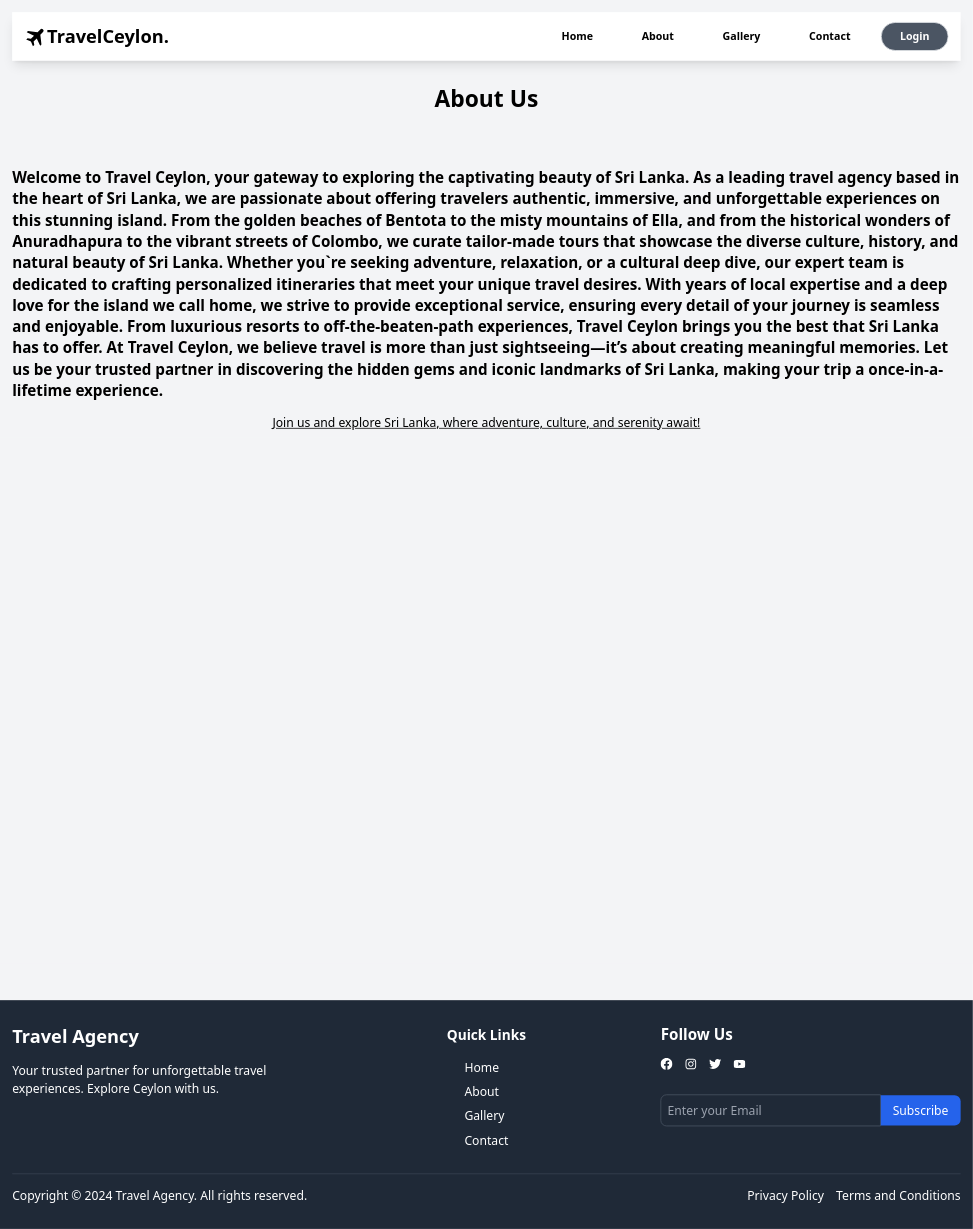
Repository: thisara199/Travel-Agency-Website
Page: /about
These files come from the project's save history. The page is drawn as it stood at one moment and after the next save; the edit follows.
The browser window is 1280 px wide. The pictures show the whole page, at 76% of full size.
The project was rebuilt for these pictures with package versions that can differ from the ones it lists, and the page was loaded fresh each time. Also part of the build but not shown: vite.config.js, src/components/HeroSection/HeroSection.jsx, src/components/FeaturedDestination/FeaturedDestination.jsx, src/components/Testimonials/Testimonials.jsx, src/components/Banner/Banner.jsx, src/pages/Home.jsx.

Above is the page before, as saved 2024-09-04 19:34:55.

After the next save:
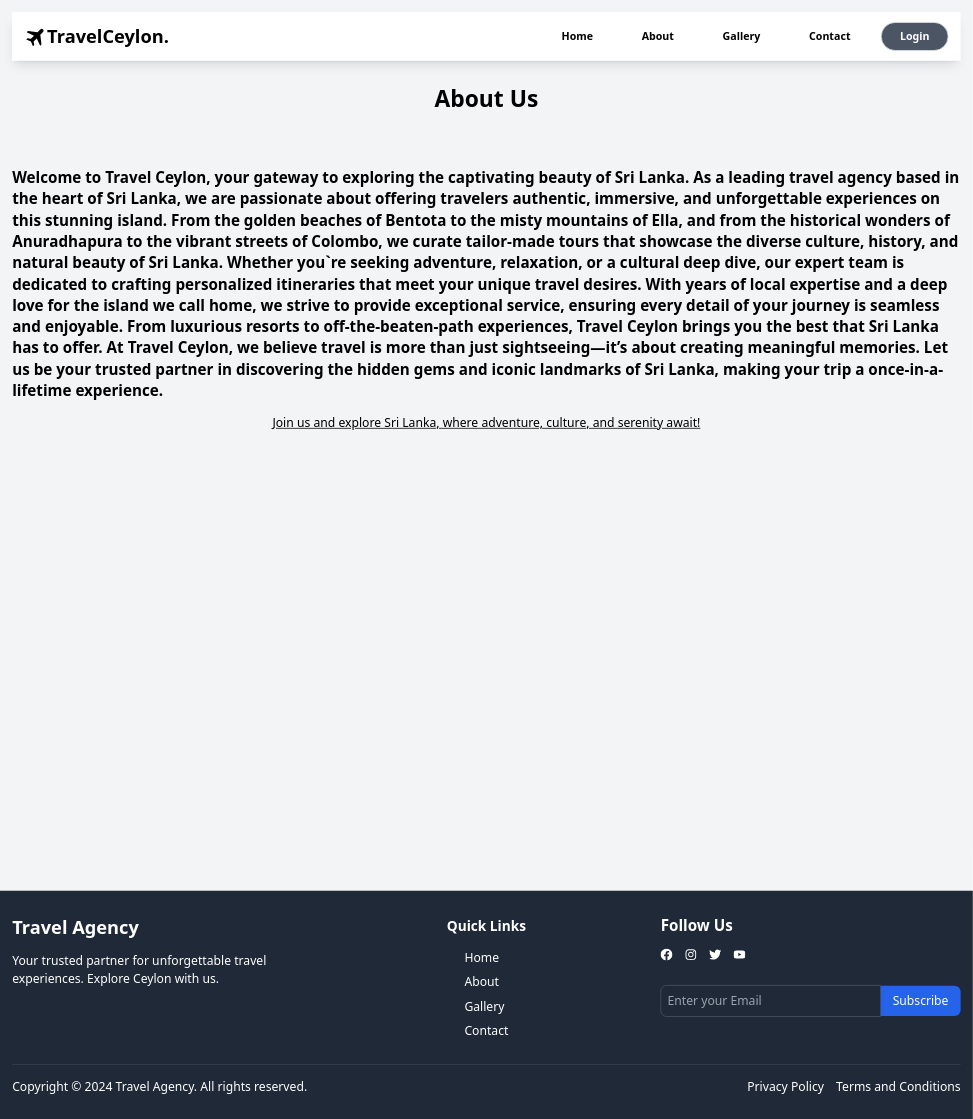
Saved 53 s later.
--- a/src/components/TeamMembers/TeamMembers.jsx
+++ b/src/components/TeamMembers/TeamMembers.jsx
@@ -7,28 +7,28 @@ const Clients = [
   {
     name: 'John Doe',
     image: Img1,
-    text: 'I had an amazing experience with Booking.com. The website was easy to navigate, and the booking process was straightforward. I highly recommend it!',
+    job: 'I had an amazing experience with Booking.com. The website was easy to navigate, and the booking process was straightforward. I highly recommend it!',
     location: 'New York, USA',
     aosDelay: '400',
   },
   {
     name: 'Jane Smith',
     image: Img2,
-    text: 'I had an amazing experience with Booking.com. The website was easy to navigate, and the booking process was straightforward. I highly recommend it!',
+    job: 'I had an amazing experience with Booking.com. The website was easy to navigate, and the booking process was straightforward. I highly recommend it!',
     location: 'London, UK',
     aosDelay: '600',
   },
   {
     name: 'Michael Johnson',
     image: Img3,
-    text: 'I had an amazing experience with Booking.com. The website was easy to navigate, and the booking process was straightforward. I highly recommend it!',
+    job: 'I had an amazing experience with Booking.com. The website was easy to navigate, and the booking process was straightforward. I highly recommend it!',
     location: 'Sydney, Australia',
     aosDelay: '800',
   },
   {
     name: 'Emily Davis',
     image: Img4,
-    text: 'I had an amazing experience with Booking.com. The website was easy to navigate, and the booking process was straightforward. I highly recommend it!',
+    job: 'I had an amazing experience with Booking.com. The website was easy to navigate, and the booking process was straightforward. I highly recommend it!',
     location: 'Paris, France',
     aosDelay: '1000',
   },
